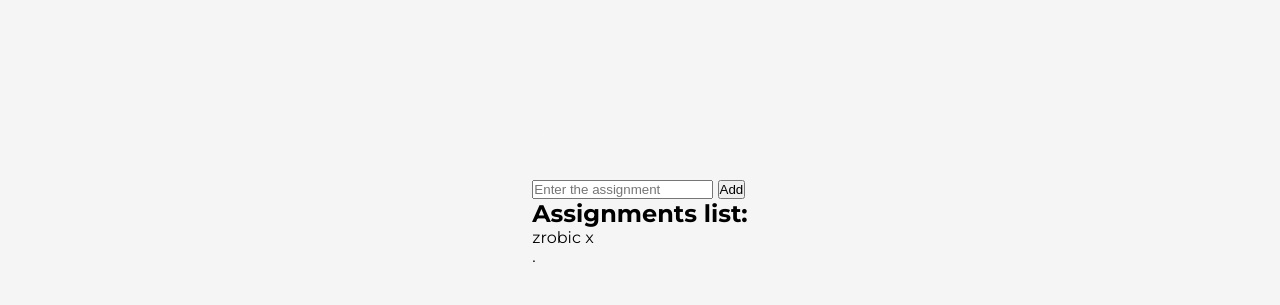
Repository: kimi1723/To-do-app
Page: index.html
These files come from the project's save history. The page is drawn as it stood at one moment and after the next save; the edit follows.
The browser window is 1280 px wide. The pictures show the whole page.
Some web libraries are served in a nearby version.

Above is the page before, as saved 2023-03-31 10:41:36.
Console error: TypeError: Cannot read properties of null (reading 'addEventListener')

### index.html
<!DOCTYPE html>
<html lang="pl">

<head>
    <meta charset="UTF-8">
    <meta name="viewport" content="width=device-width, initial-scale=1.0">
    <meta http-equiv="X-UA-Compatible" content="ie=edge">
    <title>To do app</title>
    <script src="https://kit.fontawesome.com/327a0d490c.js" crossorigin="anonymous"></script>
    <link href="https://fonts.googleapis.com/css?family=Montserrat:400,700&display=swap&subset=latin-ext"
        rel="stylesheet">
    <link rel="stylesheet" href="/dist/css/main.min.css">
</head>

<body>
    <main class="to-do-container">
        <div class="to-do-container-header">
            <h1 class="to-do-container-header__heading">To do app</h1>

            <input type="text" class="to-do-container-header__input" placeholder="Enter the assignment">
            <button class="to-do-container-header__add-button">Add</button>
        </div>

        <div class="to-do-container-assignments">
            <h2 class="to-do-container-assignments__heading">Assignments list:</h2>

            <div class="to-do-container-assignments__assignment">
                <p class="to-do-container-assignments__assignment-text">zrobic x</p>

                .
            </div>
        </div>
    </main>

    <script src="/dist/js/app.min.js"></script>
</body>

</html>

Loaded but not shown: dist/css/main.min.css (library); dist/js/app.min.js (library)

After the next save:
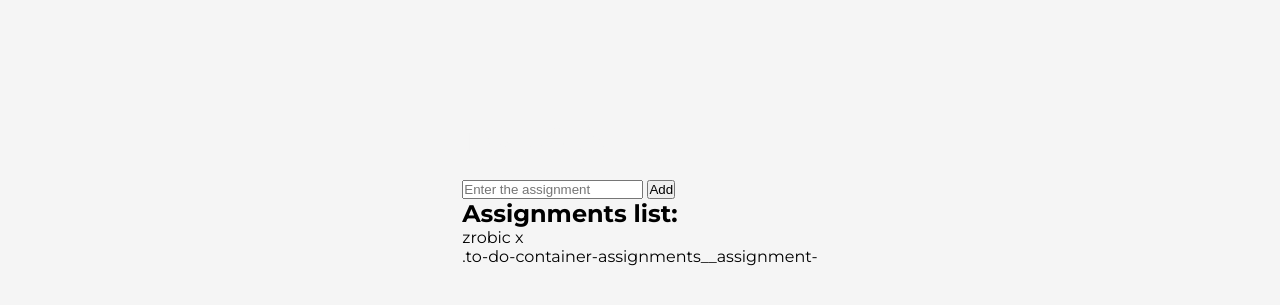
Saved 7 s later.
--- a/index.html
+++ b/index.html
@@ -27,7 +27,7 @@
             <div class="to-do-container-assignments__assignment">
                 <p class="to-do-container-assignments__assignment-text">zrobic x</p>
 
-                .
+                .to-do-container-assignments__assignment-
             </div>
         </div>
     </main>

After the save that followed:
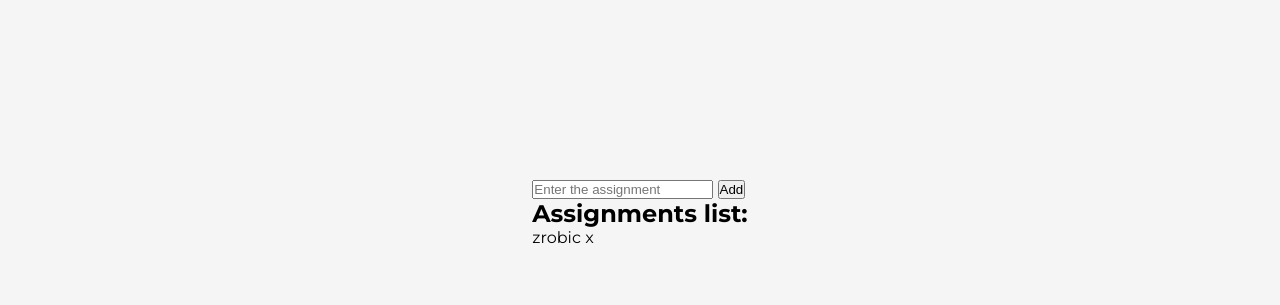
Saved 6 s later.
--- a/index.html
+++ b/index.html
@@ -27,7 +27,9 @@
             <div class="to-do-container-assignments__assignment">
                 <p class="to-do-container-assignments__assignment-text">zrobic x</p>
 
-                .to-do-container-assignments__assignment-
+                <div class="to-do-container-assignments__assignment-buttons">
+
+                </div>
             </div>
         </div>
     </main>
